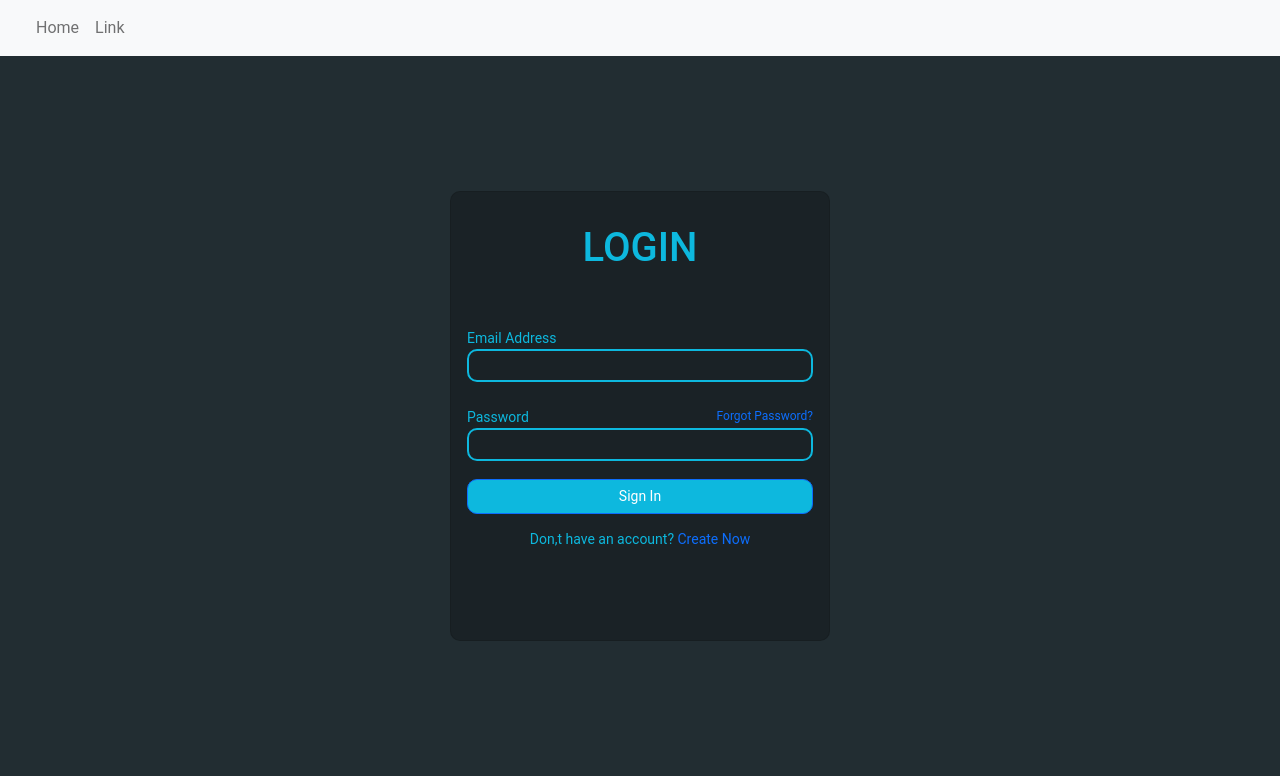
Repository: zjria/Bootstrap_logIn_1
Page: LoginPage/index.html
An editor plug-in stored every save of this project. The page is shown before and after the next save, followed by the edit.
The browser window is 1280 px wide. The pictures show the whole page.

Above is the page before, as saved 2022-06-19 07:19:44.

After the next save:
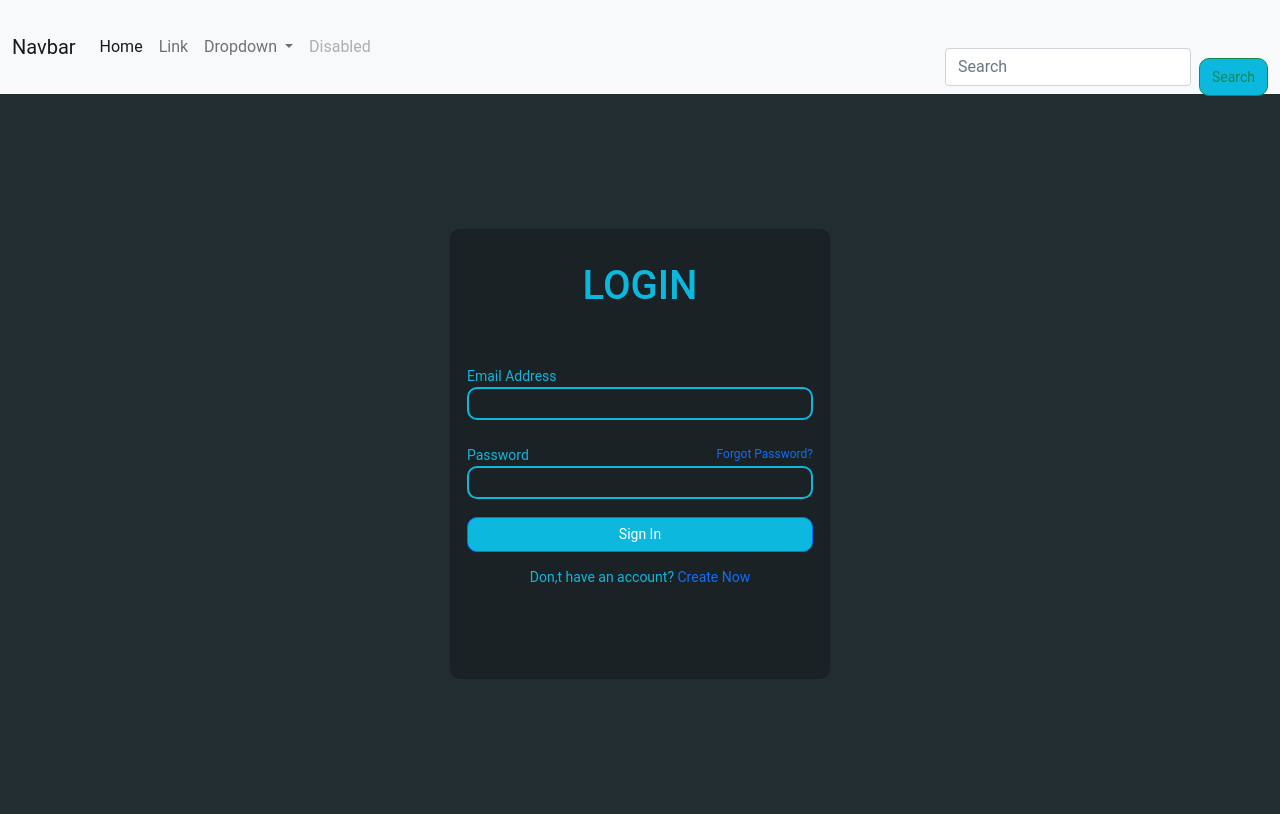
Saved 23 s later.
--- a/LoginPage/index.html
+++ b/LoginPage/index.html
@@ -20,19 +20,37 @@
     <!-- Navbar -->
     <nav class="navbar navbar-expand-lg navbar-light bg-light">
         <div class="container-fluid">
-          <a class="navbar-brand" href="#"></a>
+          <a class="navbar-brand" href="#">Navbar</a>
           <button class="navbar-toggler" type="button" data-bs-toggle="collapse" data-bs-target="#navbarSupportedContent" aria-controls="navbarSupportedContent" aria-expanded="false" aria-label="Toggle navigation">
             <span class="navbar-toggler-icon"></span>
           </button>
           <div class="collapse navbar-collapse" id="navbarSupportedContent">
             <ul class="navbar-nav me-auto mb-2 mb-lg-0">
               <li class="nav-item">
-                <a class="nav-link" href="#">Home</a>
+                <a class="nav-link active" aria-current="page" href="#">Home</a>
               </li>
               <li class="nav-item">
                 <a class="nav-link" href="#">Link</a>
               </li>
+              <li class="nav-item dropdown">
+                <a class="nav-link dropdown-toggle" href="#" id="navbarDropdown" role="button" data-bs-toggle="dropdown" aria-expanded="false">
+                  Dropdown
+                </a>
+                <ul class="dropdown-menu" aria-labelledby="navbarDropdown">
+                  <li><a class="dropdown-item" href="#">Action</a></li>
+                  <li><a class="dropdown-item" href="#">Another action</a></li>
+                  <li><hr class="dropdown-divider"></li>
+                  <li><a class="dropdown-item" href="#">Something else here</a></li>
+                </ul>
+              </li>
+              <li class="nav-item">
+                <a class="nav-link disabled" href="#" tabindex="-1" aria-disabled="true">Disabled</a>
+              </li>
             </ul>
+            <form class="d-flex">
+              <input class="form-control me-2" type="search" placeholder="Search" aria-label="Search">
+              <button class="btn btn-outline-success" type="submit">Search</button>
+            </form>
           </div>
         </div>
       </nav>
